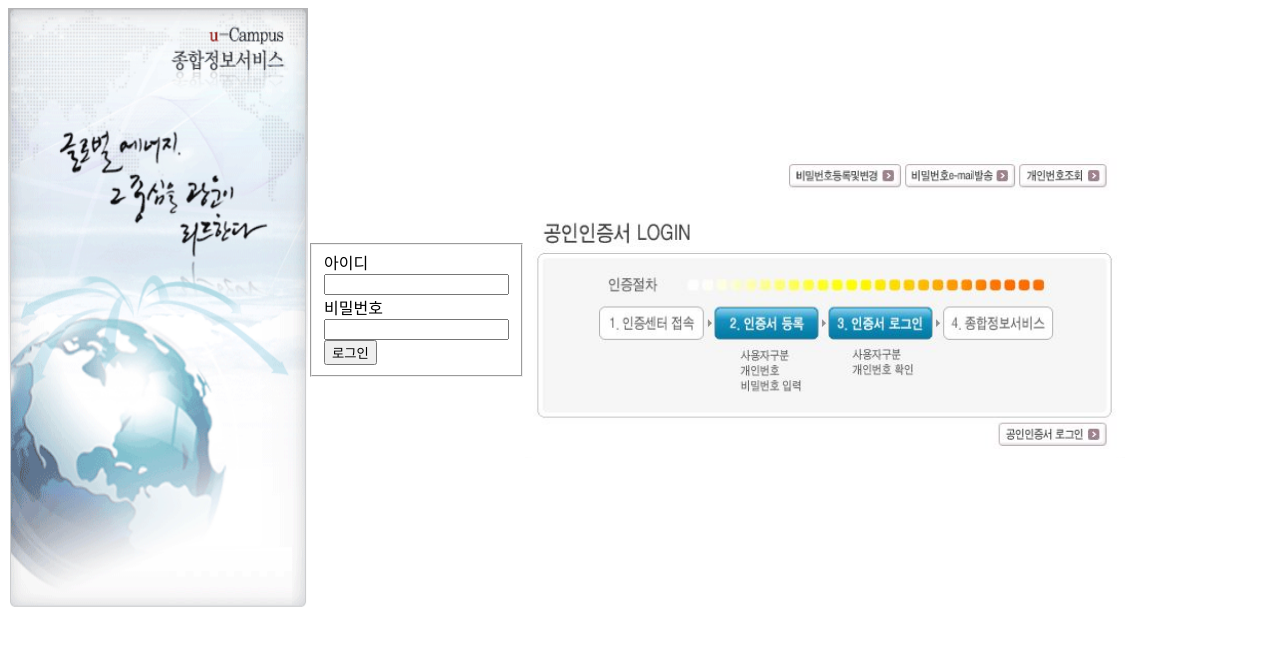
Repository: jungmintaeng/mini-ucampus
Page: ucam/WebContent/Login.html
An editor plug-in stored every save of this project. The page is shown before and after the next save, followed by the edit.
The browser window is 1280 px wide. The pictures show the whole page.

Above is the page before, as saved 2016-06-11 00:50:53.

### ucam/WebContent/Login.html
<!DOCTYPE html>
<html>
<head>
<meta charset="EUC-KR">
   <title> Ucampus Login </title>
</head>
<body>

<table width = "50%" cellpadding='0' cellspacing='0'>
<tr>
<td align="right"><font size="2"><img
src="images\image_intra01.gif" width ="300" height="600" border ="0">
</font></td>
<td align="left">
  <form action="Login.jsp" method="post">
  <fieldset>
   <label for="id">아이디</label>
   <input type="text" name="id" title="아이디"/>
   <br>
  <label for="pass">비밀번호</label>
   <input type="password" name="pw" title="비밀번호"/>
   <br>
   <input type="submit" value="로그인"/>
 </fieldset>
   </form></td>
   <td align="right"><font size="2"><img
src="images\loginfake.jpg" width ="600" height="300" border ="0">
</font>
</td>
</tr>
</table>
</body>
</html>

After the next save:
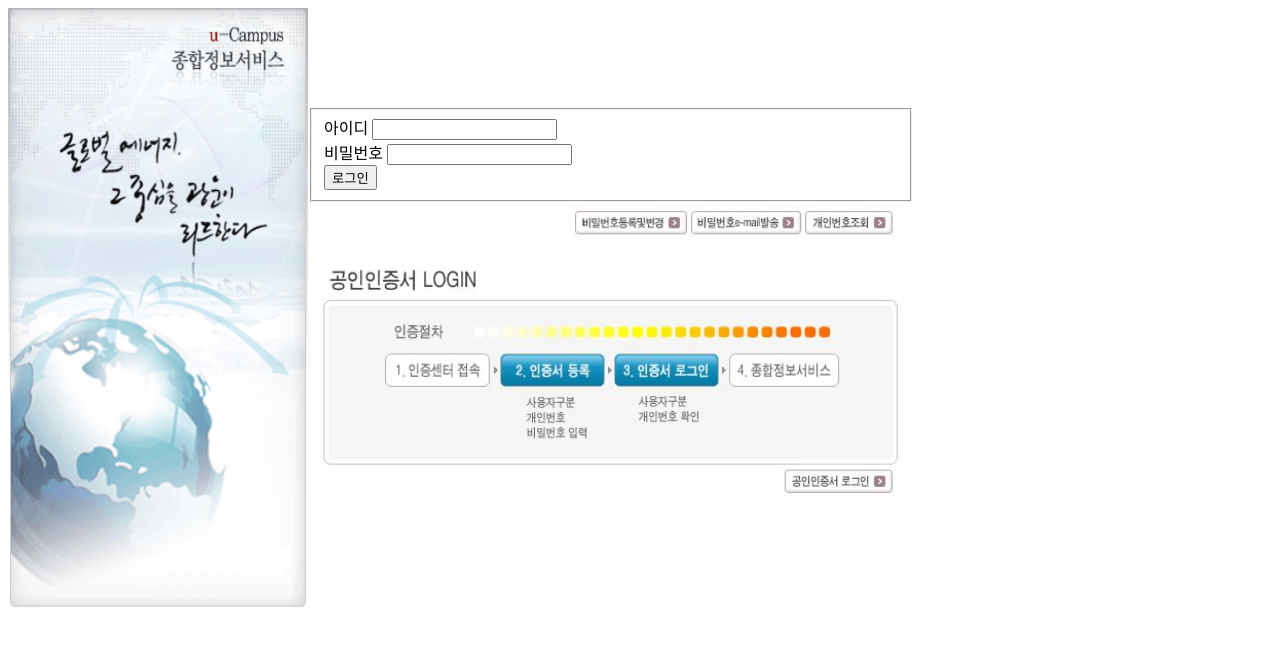
Saved 69 s later.
--- a/ucam/WebContent/Login.html
+++ b/ucam/WebContent/Login.html
@@ -12,6 +12,8 @@
 src="images\image_intra01.gif" width ="300" height="600" border ="0">
 </font></td>
 <td align="left">
+<table>
+<tr>
   <form action="Login.jsp" method="post">
   <fieldset>
    <label for="id">아이디</label>
@@ -29,5 +31,7 @@
 </td>
 </tr>
 </table>
+</tr>
+</table>
 </body>
 </html>
